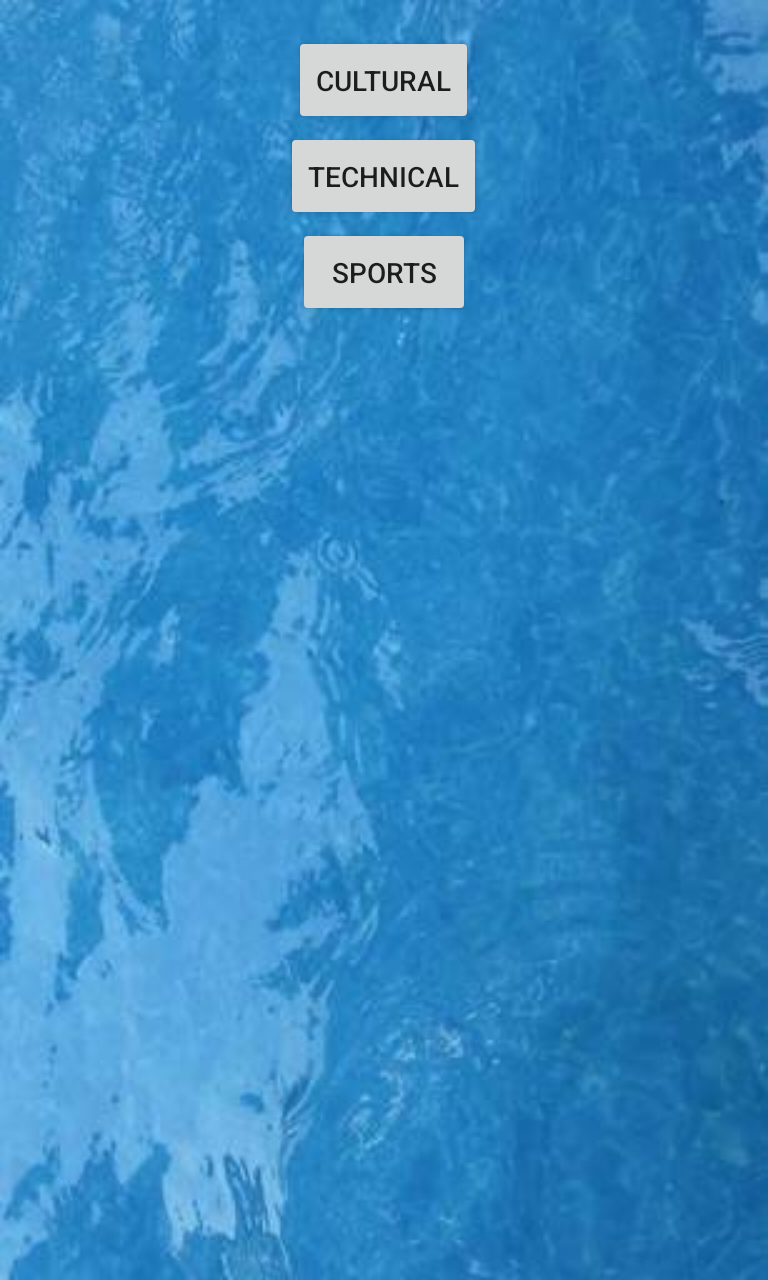
Repository: Attaphon1996/Engineering-Stuff
Layout: OSource/Android Play/Android_Projects/YASH15.0/res/layout/day1.xml
The author's editor kept a copy of each file at every save. The layout is drawn from the files as they stood at one save, then again after the next save.
It is drawn on a 768 x 1280 px phone screen (xhdpi) without system bars, with theme AppTheme; the app's code is not run.

Above is the layout before, as saved 2015-02-09 01:10:29.

### OSource/Android Play/Android_Projects/YASH15.0/res/layout/day1.xml
<?xml version="1.0" encoding="utf-8"?>
<LinearLayout xmlns:android="http://schemas.android.com/apk/res/android"
    android:layout_width="match_parent"
    android:layout_height="match_parent"
    android:orientation="vertical"
    android:paddingBottom="@dimen/activity_vertical_margin"
    android:paddingLeft="@dimen/activity_horizontal_margin"
    android:paddingRight="@dimen/activity_horizontal_margin"
    android:paddingTop="@dimen/activity_vertical_margin"
    android:background="@drawable/plain"
    >

    <Button
        android:id="@+id/day1_cultural"
        android:layout_width="wrap_content"
        android:layout_height="wrap_content"
        android:text="@string/cultural"
        android:layout_gravity="center" />

    <Button
        android:id="@+id/day1_technical"
        android:layout_width="wrap_content"
        android:layout_height="wrap_content"
        android:text="@string/technical"
        android:layout_gravity="center" />

    <Button
        android:id="@+id/day1_sports"
        android:layout_width="wrap_content"
        android:layout_height="wrap_content"
        android:text="@string/sports"
        android:layout_gravity="center" />

</LinearLayout>

### OSource/Android Play/Android_Projects/YASH15.0/res/values/strings.xml
<?xml version="1.0" encoding="utf-8"?>
<resources>

    <string name="app_name">YASH 15.0</string>
    <string name="hello_world">Hello world!</string>
    <string name="action_settings">Settings</string>
    <string name="day0">15TH Feb</string>
    <string name="day1">16th Feb</string>
    <string name="day2">17th Feb</string>
    <string name="day3">18th Feb</string>
    <string name="day4">19th Feb</string>
    <string name="day5">20th Feb</string>
    <string name="day6">21st Feb</string>
    <string name="technical">Technical</string>
    <string name="cultural">Cultural</string>
    <string name="sports">Sports</string>
    <string name="doty">DOTY</string>
    <string name="tshirt">T-SHIRT PRINTING</string>
    <string name="internet">INTERNET QUEST</string>
    <string name="layout">LAYOUT PLANNING</string>
    <string name="chess">CHESS</string>
    <string name="carrom">CARROM</string>


</resources>

Loaded but not shown: OSource/Android Play/Android_Projects/YASH15.0/res/values/styles.xml (common file); OSource/Android Play/Android_Projects/YASH15.0/res/values-v11/styles.xml (common file); OSource/Android Play/Android_Projects/YASH15.0/res/values-v14/styles.xml (common file); OSource/Android Play/Android_Projects/YASH15.0/res/values/dimens.xml (common file); OSource/Android Play/Android_Projects/YASH15.0/res/values-w820dp/dimens.xml (common file)

After the next save:
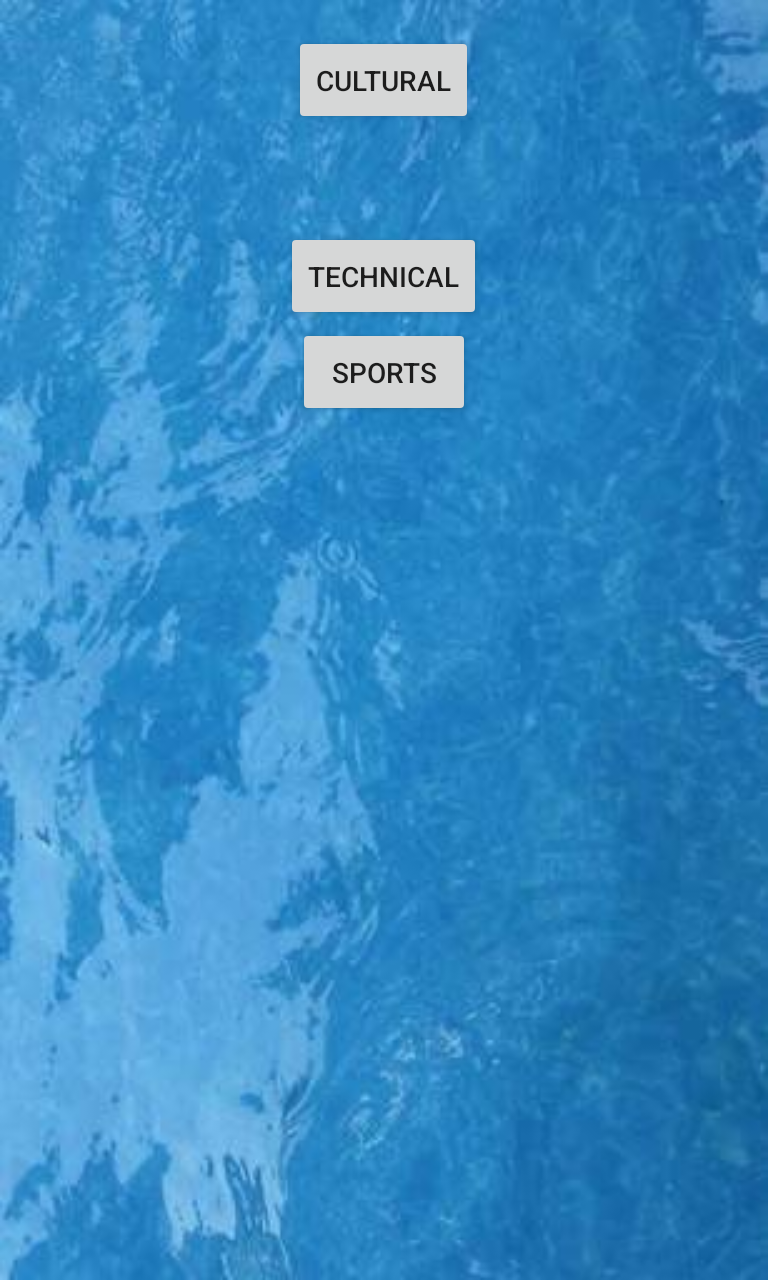
Saved 52 s later.
--- a/OSource/Android Play/Android_Projects/YASH15.0/res/layout/day1.xml
+++ b/OSource/Android Play/Android_Projects/YASH15.0/res/layout/day1.xml
@@ -22,7 +22,8 @@
         android:layout_width="wrap_content"
         android:layout_height="wrap_content"
         android:text="@string/technical"
-        android:layout_gravity="center" />
+        android:layout_gravity="center"
+        android:layout_marginTop="50dp" />
 
     <Button
         android:id="@+id/day1_sports"
